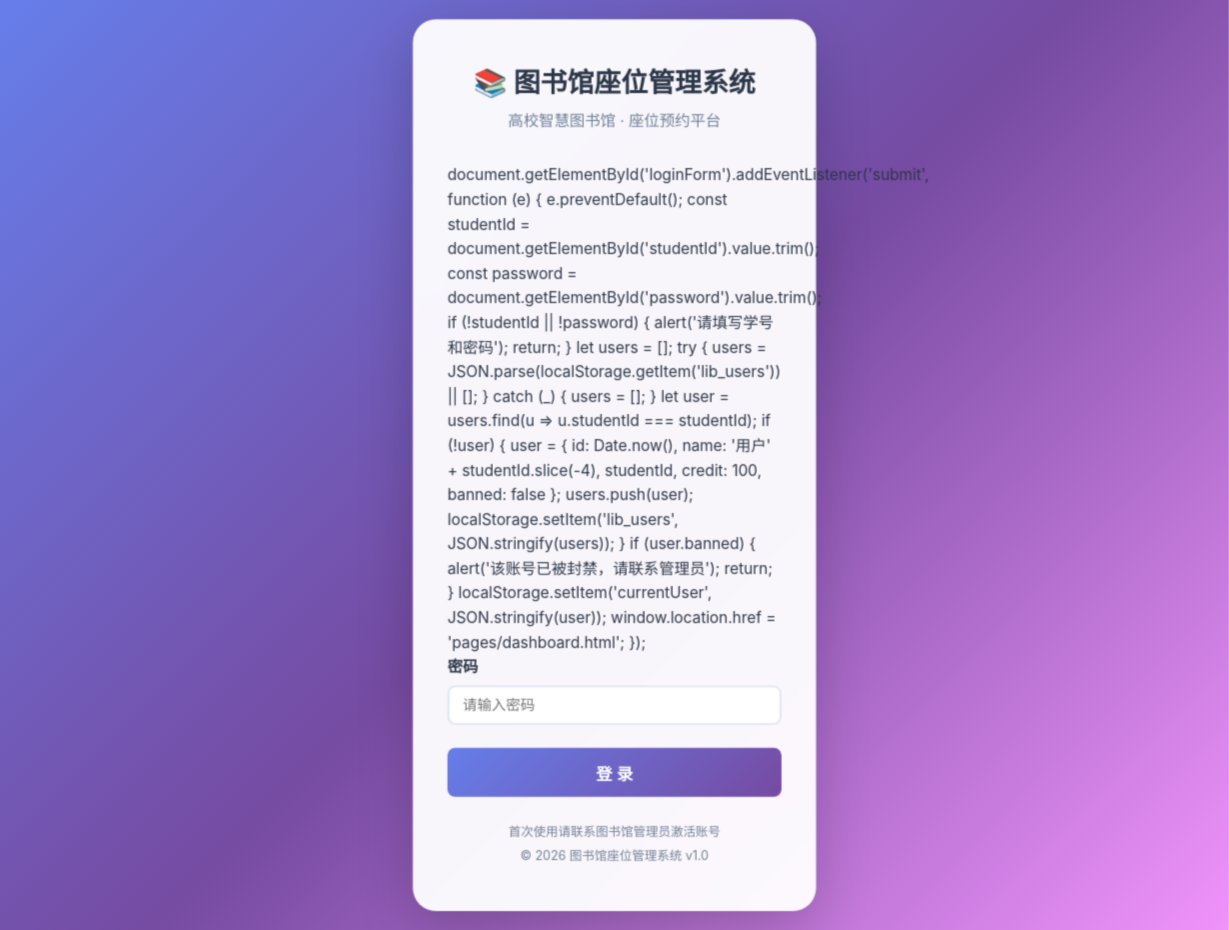
Repository: kinyono/library_seat_system
Page: index.html
These files come from the project's save history. The page is drawn as it stood at one moment and after the next save; the edit follows.
The browser window is 1280 px wide. The pictures show the whole page, at 96% of full size.

Above is the page before, as saved 2026-09-14 23:36:15.

### index.html
<!DOCTYPE html>
<html lang="zh-CN">
<head>
    <meta charset="UTF-8">
    <meta name="viewport" content="width=device-width, initial-scale=1.0">
    <title>图书馆座位管理系统 - 登录</title>
    <link rel="stylesheet" href="css/style.css">
    <link rel="stylesheet" href="css/login.css">
</head>
<body>
    <div class="login-container">
        <div class="login-card">
            <h1>📚 图书馆座位管理系统</h1>
            <p class="subtitle">高校智慧图书馆 · 座位预约平台</p>
            <form id="loginForm">
               document.getElementById('loginForm').addEventListener('submit', function (e) {
  e.preventDefault();
  const studentId = document.getElementById('studentId').value.trim();
  const password = document.getElementById('password').value.trim();
  if (!studentId || !password) {
    alert('请填写学号和密码');
    return;
  }

  let users = [];
  try { users = JSON.parse(localStorage.getItem('lib_users')) || []; } catch (_) { users = []; }
  let user = users.find(u => u.studentId === studentId);
  if (!user) {
    user = { id: Date.now(), name: '用户' + studentId.slice(-4), studentId, credit: 100, banned: false };
    users.push(user);
    localStorage.setItem('lib_users', JSON.stringify(users));
  }
  if (user.banned) {
    alert('该账号已被封禁，请联系管理员');
    return;
  }

  localStorage.setItem('currentUser', JSON.stringify(user));
  window.location.href = 'pages/dashboard.html';
});

                <div class="form-group">
                    <label for="password">密码</label>
                    <input type="password" id="password" class="form-control" placeholder="请输入密码" required>
                </div>
                <button type="submit" class="btn-login">登 录</button>


            </form>
            <div class="footer-info">
                <p>首次使用请联系图书馆管理员激活账号</p>
                <p>© 2026 图书馆座位管理系统 v1.0</p>
            </div>
        </div>
    </div>
    <script src="js/app.js"></script>
</body>
</html>

### css/style.css
/* ========== Design Tokens ========== */
:root {
  --primary: #667eea;
  --primary-dark: #5a67d8;
  --secondary: #764ba2;
  --success: #48bb78;
  --warning: #ed8936;
  --danger: #f56565;
  --info: #4299e1;
  --bg-light: #f7fafc;
  --bg-white: #ffffff;
  --text-primary: #2d3748;
  --text-secondary: #718096;
  --border-color: #e2e8f0;
  --shadow-sm: 0 1px 3px rgba(0,0,0,0.08);
  --shadow-md: 0 4px 16px rgba(0,0,0,0.12);
  --shadow-lg: 0 10px 40px rgba(0,0,0,0.15);
  --radius-sm: 8px;
  --radius-md: 12px;
  --radius-lg: 24px;
  --transition: all 0.25s ease;
}

* { margin: 0; padding: 0; box-sizing: border-box; }

body {
  font-family: -apple-system, BlinkMacSystemFont, 'Segoe UI', Roboto, 'Helvetica Neue', Arial, sans-serif;
  background: var(--bg-light);
  color: var(--text-primary);
  line-height: 1.6;
}

/* ========== 通用按钮 ========== */
.btn {
  display: inline-flex; align-items: center; justify-content: center;
  gap: 6px; padding: 10px 24px;
  border: none; border-radius: var(--radius-sm);
  font-size: 15px; font-weight: 600; cursor: pointer;
  transition: var(--transition);
}
.btn-primary { background: linear-gradient(135deg, var(--primary), var(--secondary)); color: #fff; }
.btn-primary:hover { transform: translateY(-2px); box-shadow: var(--shadow-md); }
.btn-success { background: var(--success); color: #fff; }
.btn-warning { background: var(--warning); color: #fff; }
.btn-danger { background: var(--danger); color: #fff; }
.btn-outline { background: transparent; border: 2px solid var(--primary); color: var(--primary); }
.btn-outline:hover { background: var(--primary); color: #fff; }

/* ========== 表单通用 ========== */
.form-group { margin-bottom: 16px; }
.form-group label { display: block; margin-bottom: 6px; font-weight: 600; color: var(--text-primary); }
.form-control {
  width: 100%; padding: 10px 14px;
  border: 2px solid var(--border-color); border-radius: var(--radius-sm);
  font-size: 15px; transition: var(--transition);
}
.form-control:focus { outline: none; border-color: var(--primary); box-shadow: 0 0 0 3px rgba(102,126,234,0.2); }

/* ========== 卡片 ========== */
.card {
  background: var(--bg-white); border-radius: var(--radius-md);
  box-shadow: var(--shadow-sm); padding: 24px;
  transition: var(--transition);
}
.card:hover { box-shadow: var(--shadow-md); }

/* ========== 弹窗（模态框） ========== */
.modal-overlay {
  position: fixed; inset: 0; z-index: 9999;
  background: rgba(0,0,0,0.5);
  display: flex; align-items: center; justify-content: center;
  animation: fadeIn 0.2s ease;
}
.modal-card {
  background: var(--bg-white); border-radius: var(--radius-md);
  padding: 32px; min-width: 380px; max-width: 90vw;
  box-shadow: var(--shadow-lg); animation: slideUp 0.3s ease;
}
@keyframes fadeIn { from { opacity: 0; } to { opacity: 1; } }
@keyframes slideUp { from { transform: translateY(30px); opacity: 0; } to { transform: translateY(0); opacity: 1; } }

/* ========== 表格 ========== */
.table-wrapper { overflow-x: auto; }
table {
  width: 100%; border-collapse: collapse;
  background: var(--bg-white); border-radius: var(--radius-sm); overflow: hidden;
}
th, td { padding: 12px 16px; text-align: left; border-bottom: 1px solid var(--border-color); }
th { background: #edf2f7; font-weight: 700; color: var(--text-primary); }
tr:hover { background: #f7fafc; }

/* ========== 选项卡 ========== */
.tabs {
  display: flex; gap: 4px; margin-bottom: 24px;
  background: var(--bg-white); padding: 6px; border-radius: var(--radius-sm);
  box-shadow: var(--shadow-sm);
}
.tab-btn {
  flex: 1; padding: 10px 20px; border: none; background: transparent;
  border-radius: var(--radius-sm); font-size: 15px; font-weight: 600; cursor: pointer;
  color: var(--text-secondary); transition: var(--transition);
}
.tab-btn.active { background: var(--primary); color: #fff; box-shadow: var(--shadow-sm); }
.tab-btn:hover:not(.active) { background: #edf2f7; }
.tab-content { display: none; }
.tab-content.active { display: block; }

### css/login.css
.login-container {
  min-height: 100vh;
  display: flex; align-items: center; justify-content: center;
  background: linear-gradient(135deg, #667eea 0%, #764ba2 50%, #f093fb 100%);
  padding: 20px;
}
.login-card {
  background: rgba(255,255,255,0.95);
  backdrop-filter: blur(10px);
  border-radius: var(--radius-lg);
  padding: 44px 36px;
  width: 420px; max-width: 100%;
  box-shadow: 0 20px 60px rgba(0,0,0,0.2);
  text-align: center;
}
.login-card h1 { font-size: 28px; margin-bottom: 4px; color: var(--text-primary); }
.login-card .subtitle { color: var(--text-secondary); margin-bottom: 32px; }
.login-card form { text-align: left; }
.login-card .btn-login {
  width: 100%; padding: 13px;
  background: linear-gradient(135deg, var(--primary), var(--secondary));
  color: #fff; border: none; border-radius: var(--radius-sm);
  font-size: 17px; font-weight: 700; cursor: pointer;
  transition: var(--transition); margin-top: 8px;
}
.login-card .btn-login:hover { transform: translateY(-3px); box-shadow: var(--shadow-md); }
.login-card .footer-info { margin-top: 26px; color: var(--text-secondary); font-size: 13px; }
.login-card .footer-info p { margin: 4px 0; }

### js/app.js
document.getElementById('loginForm').addEventListener('submit', function (e) {
  e.preventDefault();
  const studentId = document.getElementById('studentId').value.trim();
  const password = document.getElementById('password').value.trim();
  if (!studentId || !password) {
    alert('请填写学号和密码');
    return;
  }

  let users = [];
  try { users = JSON.parse(localStorage.getItem('lib_users')) || []; } catch (_) { users = []; }
  let user = users.find(u => u.studentId === studentId);
  if (!user) {
    user = { id: Date.now(), name: '用户' + studentId.slice(-4), studentId, credit: 100, banned: false };
    users.push(user);
    localStorage.setItem('lib_users', JSON.stringify(users));
  }
  if (user.banned) {
    alert('该账号已被封禁，请联系管理员');
    return;
  }

  localStorage.setItem('currentUser', JSON.stringify(user));
  window.location.href = 'pages/dashboard.html';
});

After the next save:
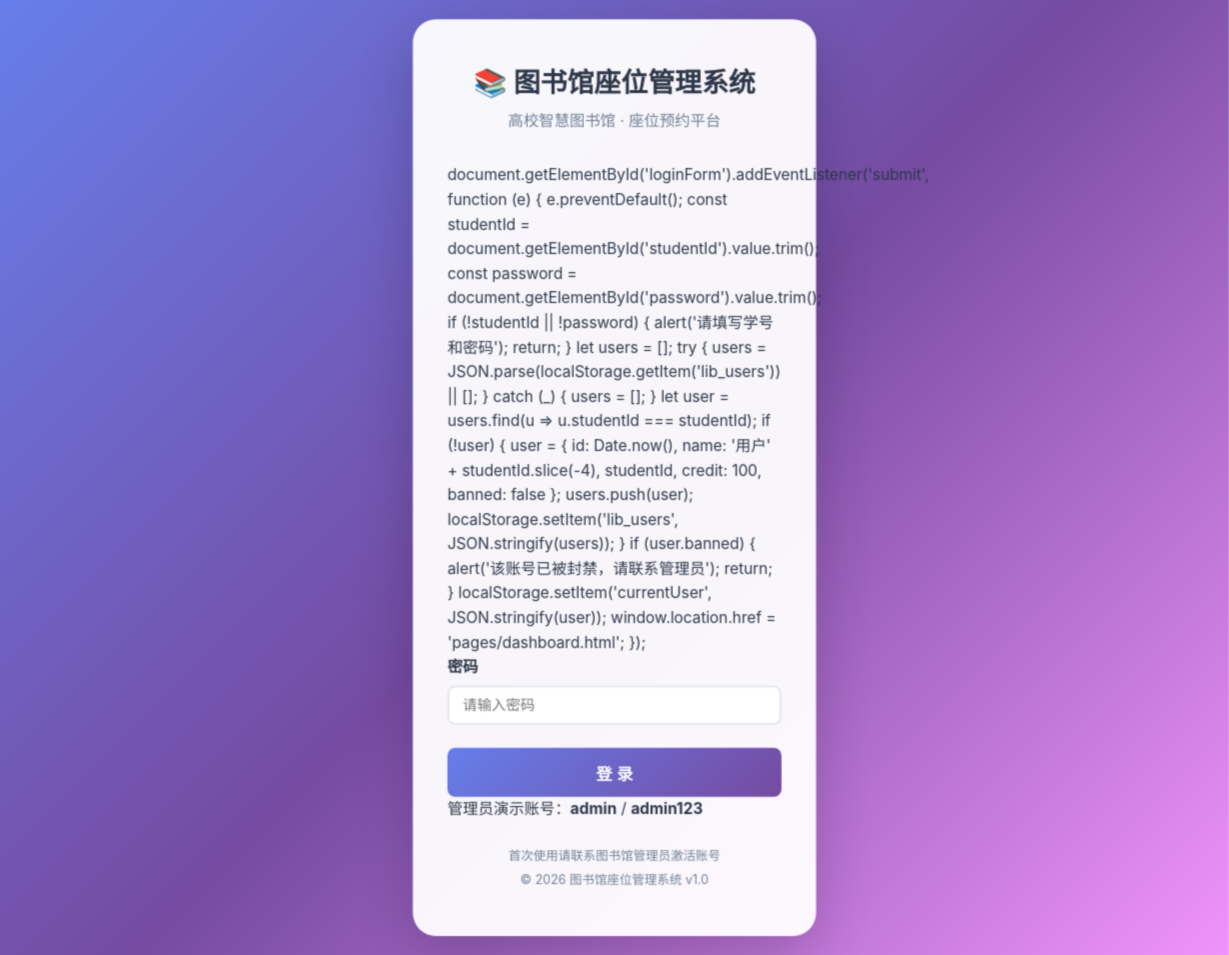
Saved 76 s later.
--- a/index.html
+++ b/index.html
@@ -44,8 +44,7 @@
                     <input type="password" id="password" class="form-control" placeholder="请输入密码" required>
                 </div>
                 <button type="submit" class="btn-login">登 录</button>
-
-
+             <p class="login-tip">管理员演示账号：<b>admin</b> / <b>admin123</b></p>
             </form>
             <div class="footer-info">
                 <p>首次使用请联系图书馆管理员激活账号</p>
